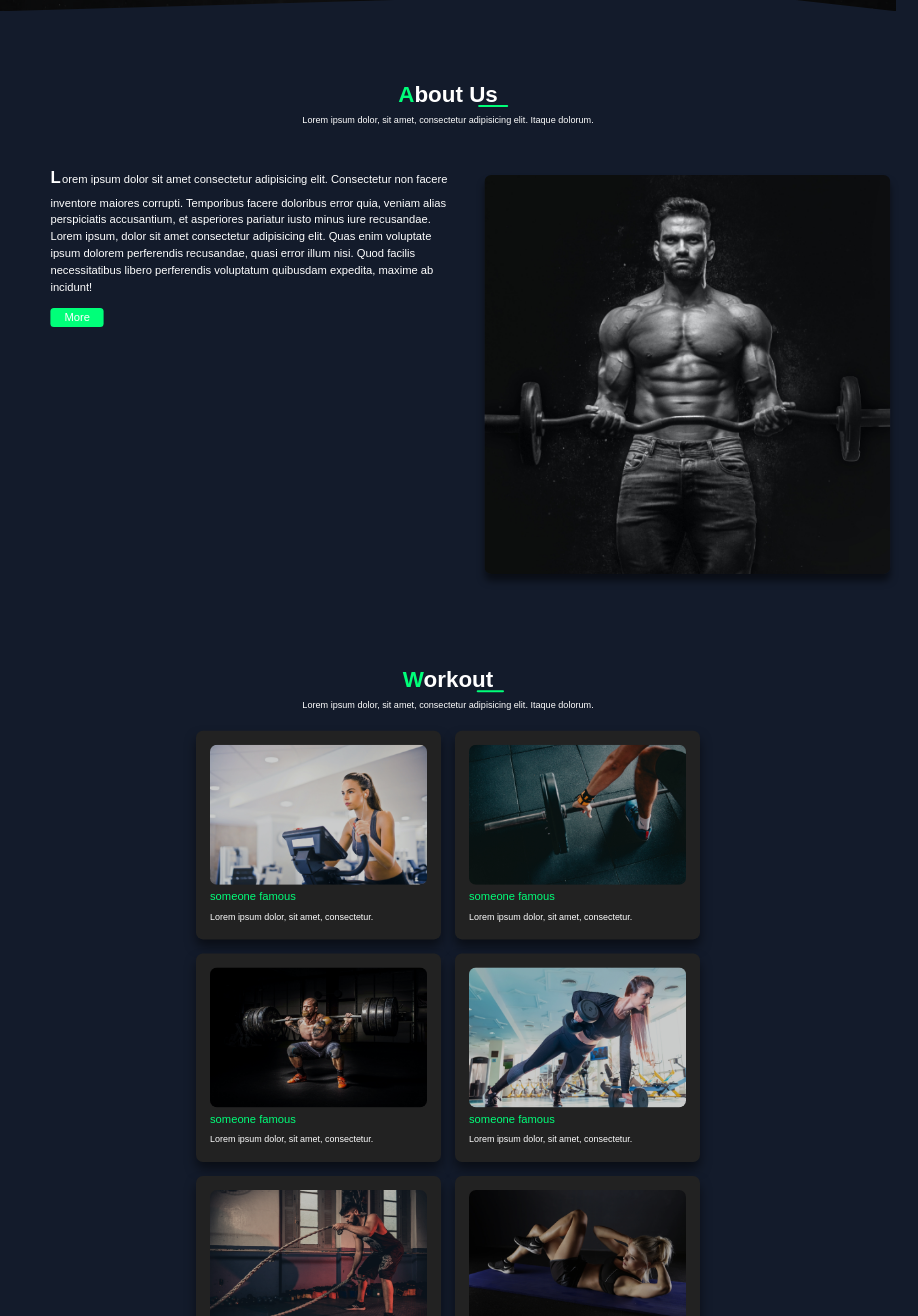
Repository: guilhermecardoso93/fitapex
Page: index.html
An editor plug-in stored every save of this project. The page is shown before and after the next save, followed by the edit.
The browser window is 1280 px wide. The page is 1312 px wide, so the pictures cover 1312 px, including what lies to the right of the window. The pictures show the part of the page from y = 560 to 2440 px (the page is 7542 px tall before and 7562 px after), at 70% of full size.

Above is the page before, as saved 2023-03-08 22:05:55.

After the next save:
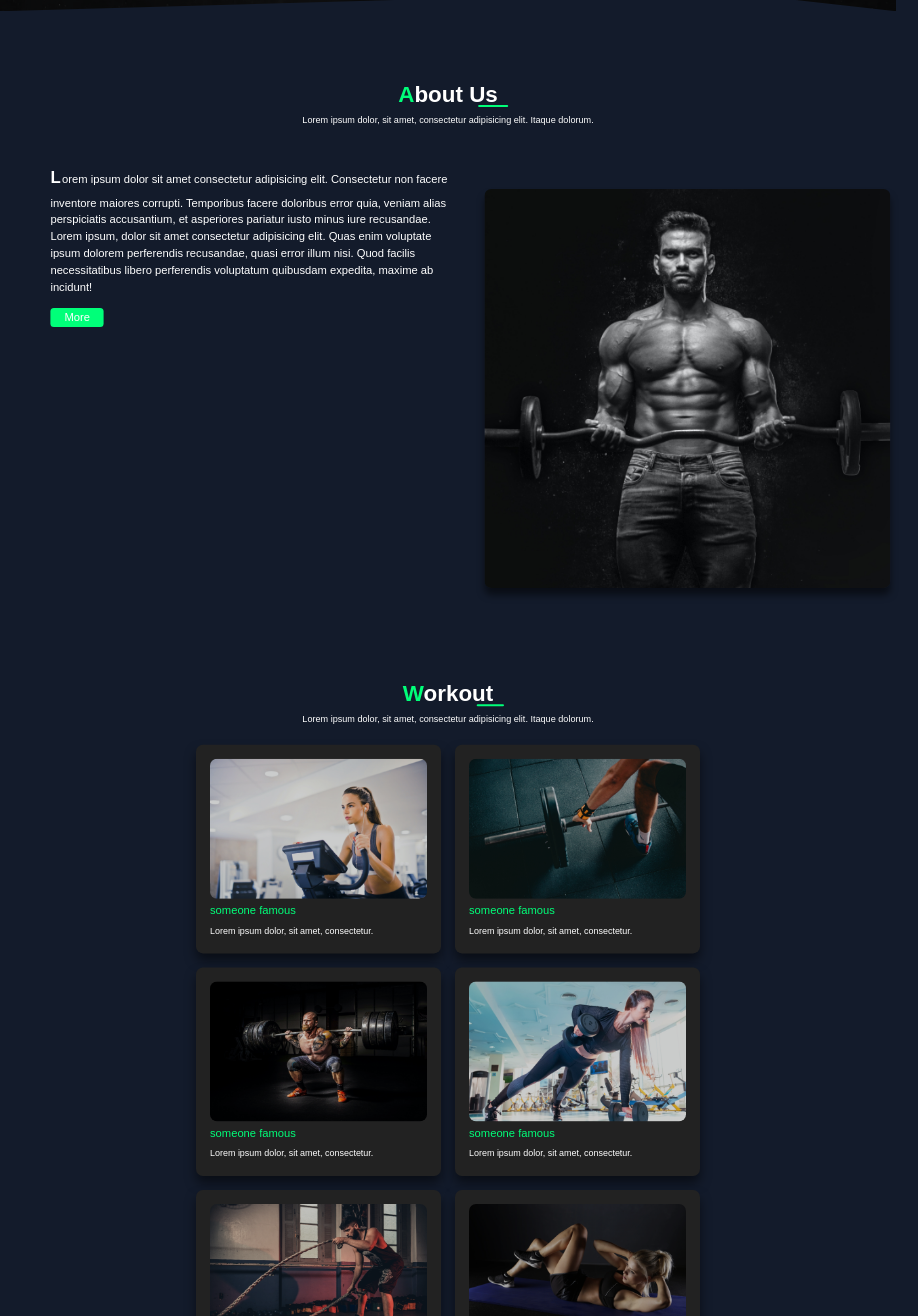
Saved 4 s later.
--- a/css/_about.css
+++ b/css/_about.css
@@ -82,7 +82,7 @@ span {
   height: 570px;
   box-shadow: 0 10px 10px rgba(0, 0, 0, 0.5);
   border-radius: 10px;
-  margin-top: 20px;
+  margin-top: 40px;
 }
 
 .about .content .cols .box img {
